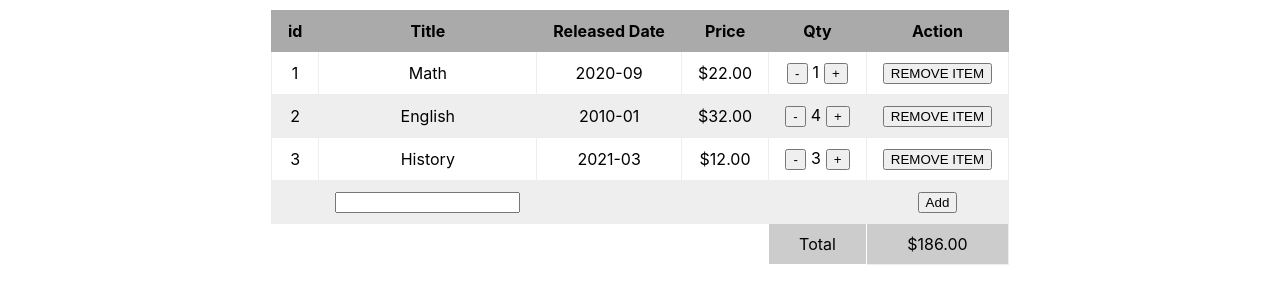
Repository: vgg1kkh/myBookStoreBasket
Page: /
The author's editor kept a copy of each file at every save. The page is drawn from the files as they stood at one save, then again after a run of saves.
The browser window is 1280 px wide. The pictures show the whole page.
The project was rebuilt for these pictures with package versions that can differ from the ones it lists, and the page was loaded fresh each time.

Above is the page before, as saved 2021-10-07 21:16:22.

After the next 3 saves:
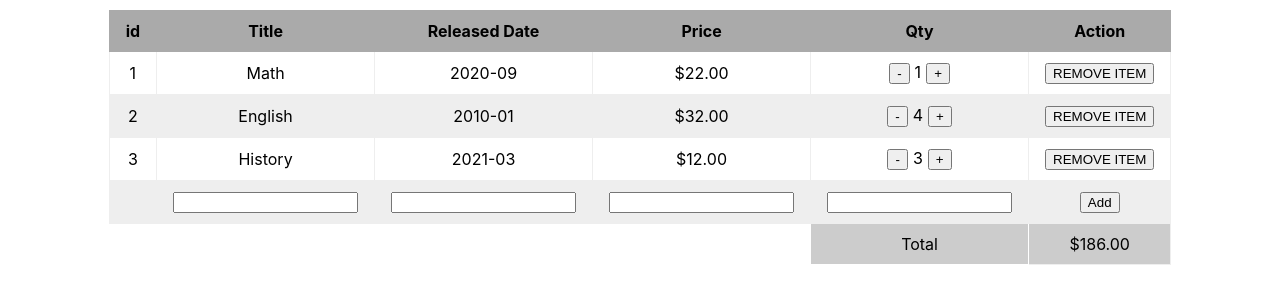
The 3 saves are shown as one change because they came seconds apart.
The last was saved 69 s later.
--- a/src/App.js
+++ b/src/App.js
@@ -107,9 +107,9 @@ export default class App extends Component {
               <tr>
                 <td></td>
                 <td><input /></td>
-                <td></td>
-                <td></td>
-                <td></td>
+                <td><input /></td>
+                <td><input /></td>
+                <td><input /></td>
                 <td>
                   <button>Add</button>
                 </td>
